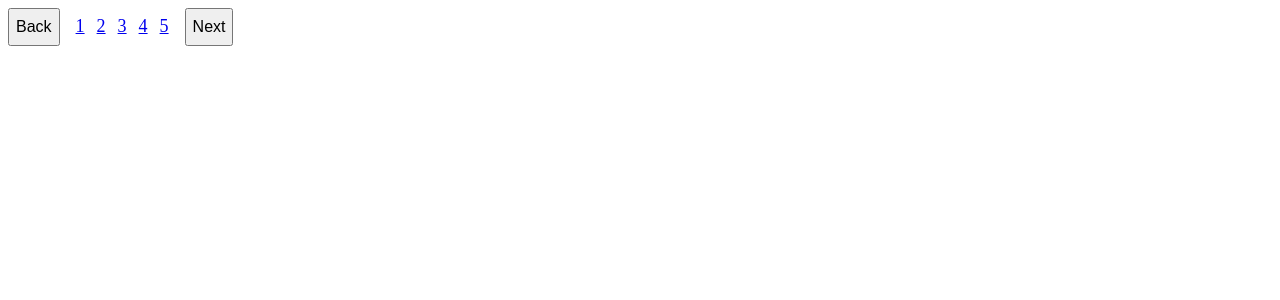
Repository: Kurumilli/Youtube
Page: Exercise4.html
An editor plug-in stored every save of this project. The page is shown before and after the next save, followed by the edit.
The browser window is 1280 px wide. The pictures show the whole page.

Above is the page before, as saved 2025-01-27 20:49:06.

### Exercise4.html
<html>
    <body>
        <style>
            .back-button {
              margin-right: 8px;
              padding-top: 8px;
              padding-bottom: 8px;
              font-size: 16px;
            }

            .search-result {
              margin-left: 4px;
              margin-right: 4px;
              font-size: 18px;
            }

            .next-button {
              margin-left: 8px;
              padding-top: 8px;
              padding-bottom: 8px;
              font-size: 16px;
            }
          </style>

          <button class="back-button">Back</button>
          <a class="search-result" href="https://google.com">1</a>
          <a class="search-result" href="https://google.com">2</a>
          <a class="search-result" href="https://google.com">3</a>
          <a class="search-result" href="https://google.com">4</a>
          <a class="search-result" href="https://google.com">5</a>
          <button class="next-button">Next</button>

    </body>
</html>

After the next save:
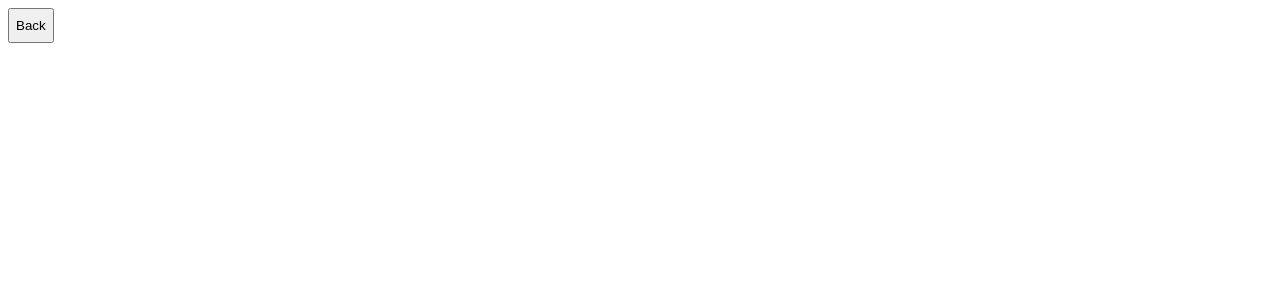
Saved 2 min 12 s later.
--- a/Exercise4.html
+++ b/Exercise4.html
@@ -1,34 +1,23 @@
 <html>
     <body>
-        <style>
-            .back-button {
-              margin-right: 8px;
-              padding-top: 8px;
-              padding-bottom: 8px;
-              font-size: 16px;
-            }
+<style>
+.back-button{
+    padding-top: 8px;
+    padding-bottom: 8px;
 
-            .search-result {
-              margin-left: 4px;
-              margin-right: 4px;
-              font-size: 18px;
-            }
+}
+</style>
 
-            .next-button {
-              margin-left: 8px;
-              padding-top: 8px;
-              padding-bottom: 8px;
-              font-size: 16px;
-            }
-          </style>
 
-          <button class="back-button">Back</button>
-          <a class="search-result" href="https://google.com">1</a>
-          <a class="search-result" href="https://google.com">2</a>
-          <a class="search-result" href="https://google.com">3</a>
-          <a class="search-result" href="https://google.com">4</a>
-          <a class="search-result" href="https://google.com">5</a>
-          <button class="next-button">Next</button>
+
+
+
+
+
+
+
+
+        <button class="back-button">Back</button>
 
     </body>
 </html>
